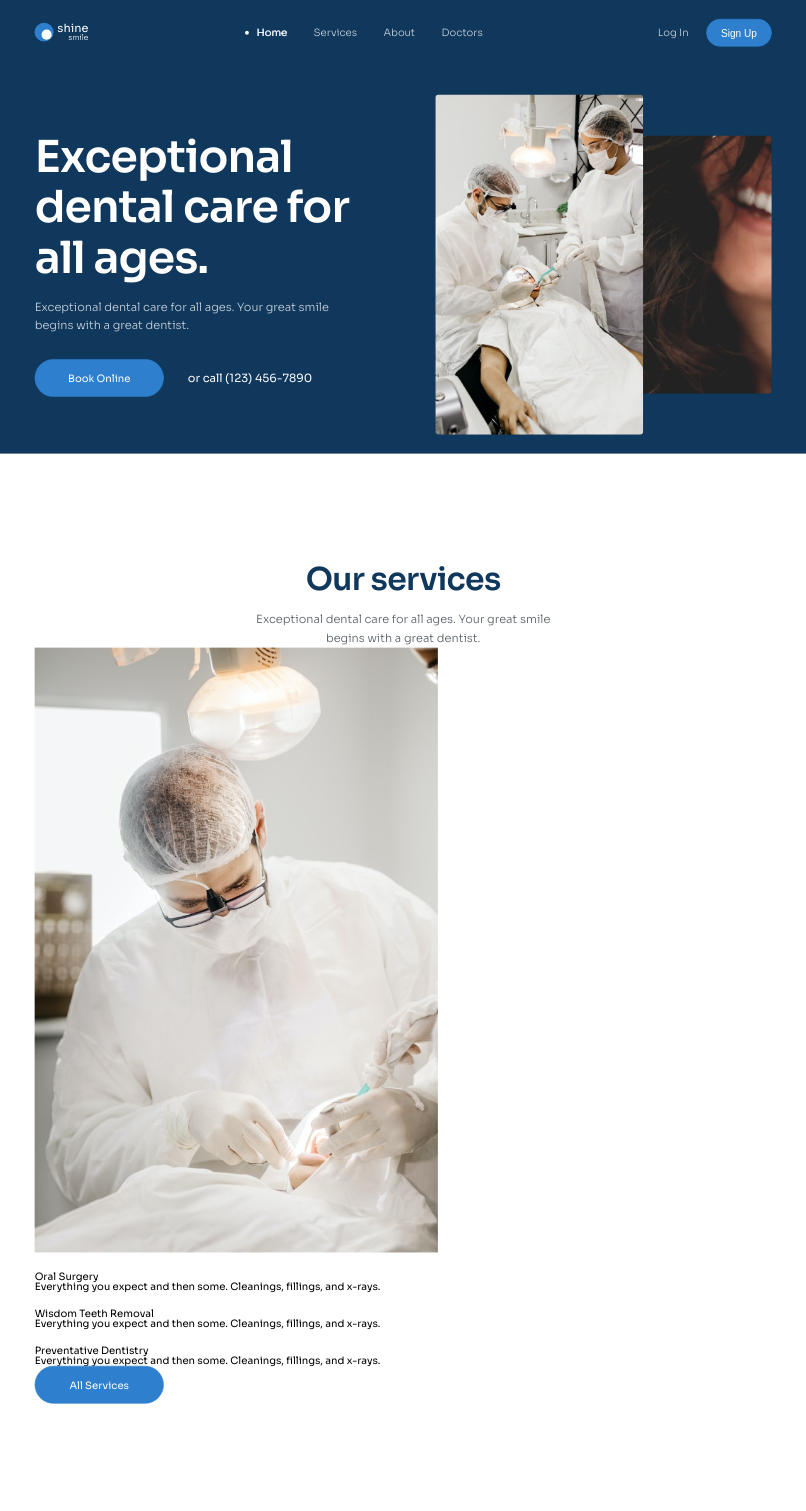
Repository: anhtien111198/f8-htmlcss-03
Page: index.html
An editor plug-in stored every save of this project. The page is shown before and after the next save, followed by the edit.
The browser window is 1280 px wide. The pictures show the whole page, at 63% of full size.

Above is the page before, as saved 2023-05-12 16:47:47.

After the next save:
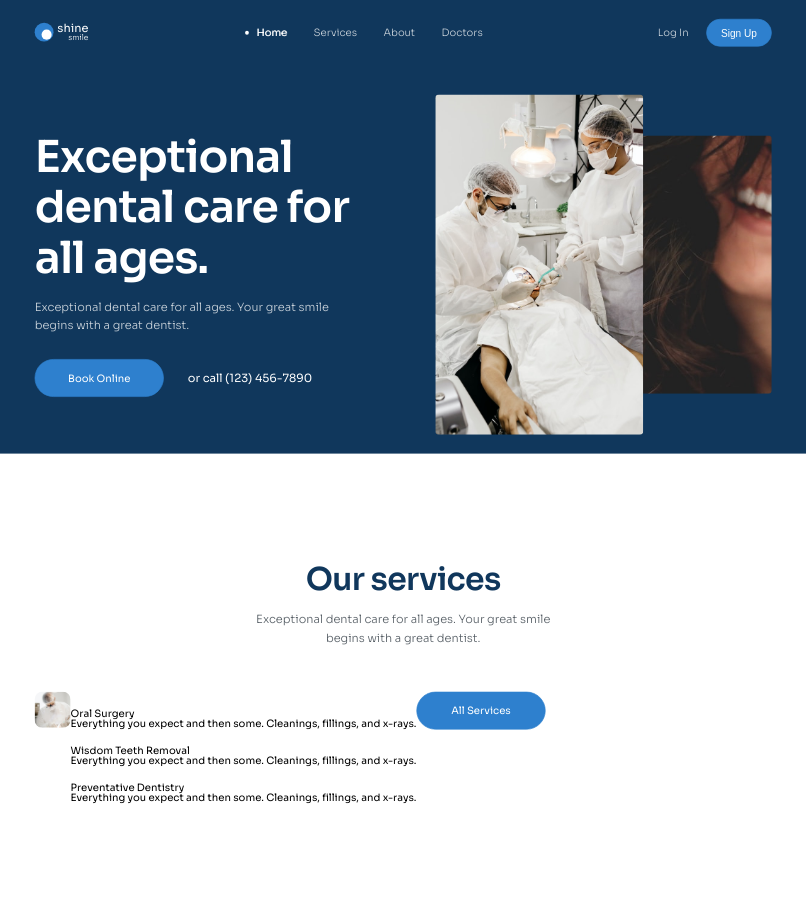
Saved 2 min 26 s later.
--- a/assets/css/style.css
+++ b/assets/css/style.css
@@ -212,3 +212,13 @@ a {
     margin-left: auto;
     margin-right: auto;
 }
+.service__row {
+    display: flex;
+    margin-top: 70px;
+}
+.service__img {
+    width: 57px;
+    height: 57px;
+    border-radius: 12px;
+    object-fit: cover;
+}
